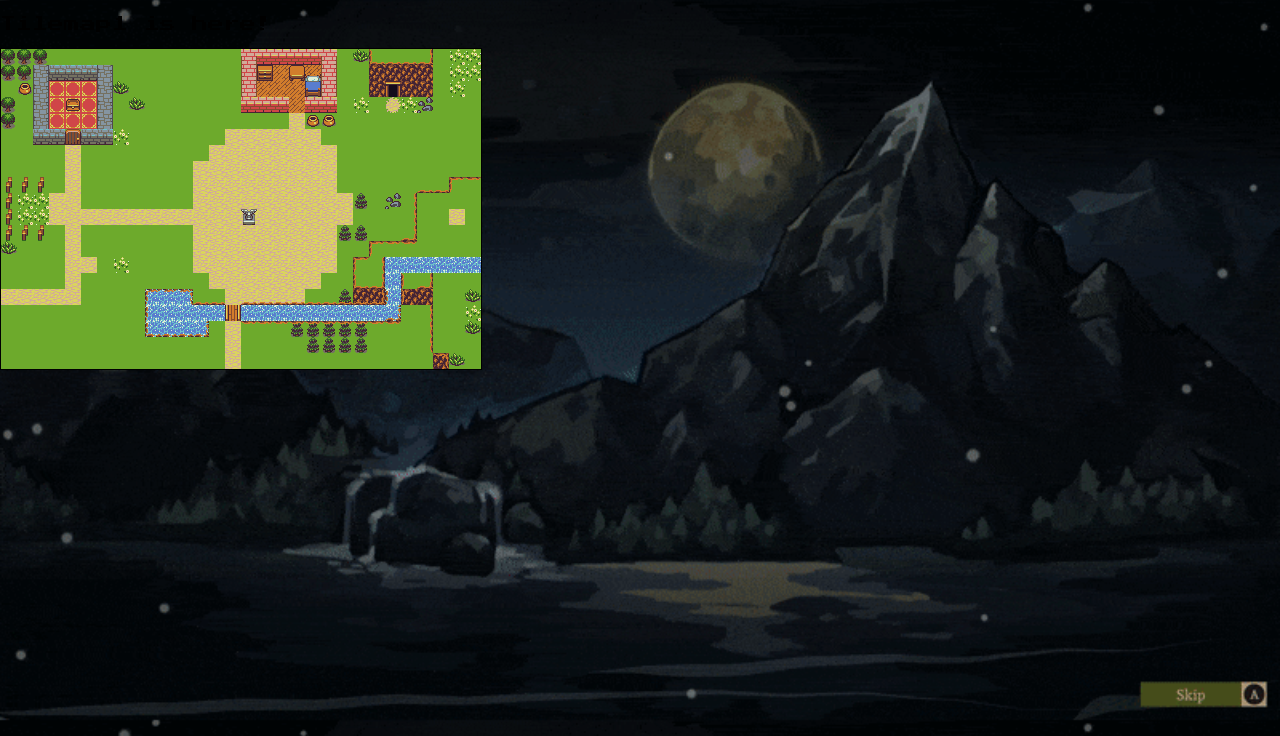
Repository: Arifindepayjr1/RPG_GAMES
Page: / (app in pixel2d_game/), after clicking the first element matching `button`
An editor plug-in stored every save of this project. The page is shown before and after the next save, followed by the edit.
The browser window is 1280 px wide. The pictures show the whole page.
Backgrounds fixed to the window are drawn as part of the page. The project was rebuilt for these pictures with package versions that can differ from the ones it lists, and the page was loaded fresh each time. Also part of the build but not shown: pixel2d_game/vite.config.js, pixel2d_game/src/App.css.

Above is the page before, as saved 2025-03-18 16:35:32.

### pixel2d_game/src/App.jsx
import React, { useState } from "react";
import Menu from "./component/menu";
import Tilemap1 from "./component/tilemap1";
import "./App.css";

const App = () => {
  const [isGameStarted, setIsGameStarted] = useState(false);

  const handleStartGame = () => {
    console.log("handleStartGame called, setting isGameStarted to true");
    setIsGameStarted(true);
  };

  console.log("App rendering, isGameStarted:", isGameStarted);

  return (
    <div>
      {/* Fallback button to test transition */}
      {!isGameStarted && (
        <button
          onClick={handleStartGame}
          style={{ position: "absolute", top: "10px", left: "10px", zIndex: 1000 }}
        >
          Force Start Game
        </button>
      )}
      {isGameStarted ? <Tilemap1 /> : <Menu onStartGame={handleStartGame} />}
    </div>
  );
};

export default App;

### pixel2d_game/src/component/menu.jsx
import React, { useState } from "react";
import "./menustyle.css";

const Menu = ({ onStartGame }) => {
  const [menu, setMenu] = useState("main");

  console.log("Menu rendered, onStartGame prop:", onStartGame);

  const changeText = (event) => {
    const element = event.target;
    const originalText = element.innerHTML;

    console.log("changeText called with:", originalText);

    switch (originalText) {
      case "New Game":
        element.innerHTML = "Loading New World...";
        break;
      case "Continue":
        element.innerHTML = "Resuming Dark Quest...";
        break;
      case "Exit":
        element.innerHTML = "Escape is Imminent...";
        break;
      case "Play":
        element.innerHTML = "Entering the Abyss...";
        console.log("Play clicked, calling onStartGame");
        onStartGame();
        break;
      case "Options":
        element.innerHTML = "Adjusting Reality...";
        break;
      case "Credits":
        element.innerHTML = "Honoring the Creators...";
        break;
      default:
        element.innerHTML = "Game Over...";
    }

    if (originalText !== "Play") {
      setTimeout(() => {
        element.innerHTML = originalText;
      }, 2000);
    }
  };

  const startNewGame = () => {
    console.log("startNewGame called, switching to newGame");
    setMenu("newGame");
  };

  const exitGame = () => {
    console.log("exitGame called, attempting to close window");
    window.close();
  };

  return (
    <div>
      {menu === "main" ? (
        <div className="main-menu">
          <h1 id="title">TREYVISAI</h1>
          <h2 className="game-menu" onClick={startNewGame}>
            New Game
          </h2>
          <h2 className="game-menu" onClick={changeText}>
            Continue
          </h2>
          <h2 className="game-menu" onClick={changeText}>
            Exit
          </h2>
        </div>
      ) : (
        <div className="main-menu">
          <h1 id="newTitle">TREYVISAI</h1>
          <h2 className="game-menu" onClick={changeText}>
            Play
          </h2>
          <h2 className="game-menu" onClick={changeText}>
            Options
          </h2>
          <h2 className="game-menu" onClick={changeText}>
            Credits
          </h2>
          <h2 className="game-menu" onClick={exitGame}>
            Exit
          </h2>
        </div>
      )}
      <p id="version">V 1.0.0</p>
    </div>
  );
};

export default Menu;

### pixel2d_game/src/component/tilemap1.jsx
import React, { useEffect, useRef } from "react";
import tilemapImage from "./asset/assets/tilemap1asset.png"; // Correct path for tileset

const Tilemap1 = () => {
  const canvasRef = useRef(null);
  const TILE_SIZE = 16;

  useEffect(() => {
    console.log("Tilemap1 mounted, setting up canvas");
    const canvas = canvasRef.current;
    const ctx = canvas.getContext("2d");
    const tileset = new Image();
    tileset.src = tilemapImage;

    const rawMap = [
      [77, 77, 77, 12, 12, 12, 12, 12, 12, 12, 12, 12, 12, 12, 12, 8, 5, 5, 5, 5, 8, 12, 21, '12/*itemID41*/', '12/*itemID42*/', '12/*itemID42*/', '12/*itemID43*/', 12, 13, 13],
      [77, 77, 2, 1, 1, 1, 2, 12, 12, 12, 12, 12, 12, 12, 12, 6, '0/*itemID57*/', 0, '0/*itemID56*/', '0/*itemID45*/', 6, 12, 12, 16, 16, 16, 16, 12, 13, 13],
      [12, 28, 2, 18, 18, 18, 2, 21, 12, 12, 12, 12, 12, 12, 12, 6, 0, 0, 0, '0/*itemID54*/', 6, 12, 12, 16, 51, 16, 16, 12, 13, 12],
      [77, 12, 2, 18, '18/*itemID36*/', 18, 2, 12, 21, 12, 12, 12, 12, 12, 12, 5, 5, 5, 0, 5, 5, 12, 13, 12, 19, 13, 59, 12, 12, 12],
      [77, 12, 2, 18, 18, 18, 2, 12, 12, 12, 12, 12, 12, 12, 12, 12, 12, 12, 11, 28, 28, 12, 12, 12, 12, 12, 12, 12, 12, 12],
      [12, 12, 1, 1, 49, 1, 1, 13, 12, 12, 12, 12, 12, 12, 11, 11, 11, 11, 11, 11, 12, 12, 12, 12, 12, 12, 12, 12, 12, 12],
      [12, 12, 12, 12, 11, 12, 12, 12, 12, 12, 12, 12, 12, 11, 11, 11, 11, 11, 11, 11, 11, 12, 12, 12, 12, 12, 12, 12, 12, 12],
      [12, 12, 12, 12, 11, 12, 12, 12, 12, 12, 12, 12, 11, 11, 11, 11, 11, 11, 11, 11, 11, 12, 12, 12, 12, 12, 12, 12, 12, 12],
      [60, 60, 60, 12, 11, 12, 12, 12, 12, 12, 12, 12, 11, 11, 11, 11, 11, 11, 11, 11, 11, 12, 12, 12, 12, 12, '12/*itemID42*/', '12/*itemID42*/', '12/*itemID25*/', '12/*itemID26*/'],
      [60, 13, 13, 11, 11, 12, 12, 12, 39, 12, 12, 12, 11, 11, 11, 11, 11, 11, 11, 11, 11, 11, 31, 12, 59, '12/*itemID35*/', 12, 12, 12, 12],
      [60, 13, 13, 11, 11, 11, 11, 11, 11, 11, 11, 11, 11, 11, 11, '11/*itemID48*/', 11, 11, 11, 11, 11, 11, 12, 12, 12, '12/*itemID35*/', 12, 12, 11, 12],
      [60, 60, 60, 12, 11, 12, 12, 12, 12, 12, 12, 12, 11, 11, 11, 11, 11, 11, 11, 11, 11, 31, 31, 12, 12, '12/*itemID43*/', 12, 12, 12, 12],
      [21, 12, 12, 12, 11, 12, 12, 12, 12, 12, 12, 12, 11, 11, 11, 11, 11, 11, 11, 11, 11, 12, 12, '12/*itemID25*/', '12/*itemID26*/', '12/*itemID26*/', 12, 12, 12, 12],
      [12, 12, 12, 12, 11, 11, 12, 13, 12, 12, 12, 12, 11, 11, 11, 11, 11, 11, 11, 11, 11, 12, '12/*itemID25*/', '12/*itemID35*/', 22, 22, 22, 22, 22, 22],
      [12, 12, 12, 12, 11, 12, 12, 12, 12, 12, 12, 12, 12, 11, 11, 11, 11, 11, 11, 11, 12, 12, '12/*itemID41*/', '12/*itemID43*/', 22, '12/*itemID33*/', '12/*itemID43*/', 12, 12, 12],
      [11, 11, 11, 11, 11, 12, 12, 12, 12, '22/*itemID25*/', '22/*itemID26*/', '22/*itemID27*/', '12/*itemID42*/', '12/*itemID42*/', 11, '11/*itemID42*/', '11/*itemID42*/', '11/*itemID42*/', '11/*itemID42*/', '12/*itemID42*/', '12/*itemID42*/', '31/*itemID42*/', '16/*itemID42*/', '16/*itemID43*/', '22/*itemID33*/', '16/*itemID33*/', 16, 12, 12, 21],
      [12, 12, 12, 12, 12, 12, 12, 12, 12, '22/*itemID33*/', 22, 22, 22, 22, 89, 22, 22, 22, 22, 22, 22, 22, 22, 22, '22/*itemID43*/', 12, '12/*itemID35*/', 12, 12, 13],
      [12, 12, 12, 12, 12, 12, 12, 12, 12, '22/*itemID41*/', '22/*itemID42*/', '22/*itemID42*/', '22/*itemID43*/', 12, 11, '12/*itemID26*/', '12/*itemID26*/', '12/*itemID26*/', '31/*itemID26*/', '31/*itemID26*/', '31/*itemID26*/', '31/*itemID26*/', '31/*itemID26*/', '12/*itemID26*/', '12/*itemID26*/', 12, '12/*itemID35*/', 12, 12, 21],
      [12, 12, 12, 12, 12, 12, 12, 12, 12, 12, 12, 12, 12, 12, 11, 12, 12, 12, 12, 31, 31, 31, 31, 12, 12, 12, '12/*itemID35*/', 12, 12, 12],
      [12, 12, 12, 12, 12, 12, 12, 12, 12, 12, 12, 12, 12, 12, 11, 12, 12, 12, 12, 12, 12, 12, 12, 12, 12, 12, 12, '16/*itemID27*/', 21, 12]
    ];

    const tilePositions = {
      12: { x: 48, y: 16 }, 11: { x: 32, y: 16 }, 18: { x: 16, y: 32 }, 22: { x: 80, y: 32 },
      0: { x: 0, y: 16 }, 5: { x: 64, y: 0 }, 8: { x: 112, y: 0 }, 6: { x: 80, y: 0 },
      1: { x: 0, y: 0 }, 2: { x: 16, y: 0 }, 89: { x: 0, y: 176 }, 13: { x: 64, y: 16 },
      77: { x: 64, y: 144 }, 31: { x: 96, y: 48 }, 59: { x: 32, y: 112 }, 60: { x: 48, y: 112 },
      21: { x: 64, y: 32 }, 28: { x: 48, y: 48 }, 57: { x: 112, y: 96 }, 56: { x: 96, y: 96 },
      45: { x: 80, y: 80 }, 54: { x: 80, y: 96 }, 48: { x: 112, y: 80 }, 38: { x: 80, y: 64 },
      36: { x: 64, y: 64 }, 16: { x: 112, y: 16 }, 51: { x: 32, y: 96 }, 19: { x: 32, y: 32 },
      49: { x: 0, y: 96 }, 41: { x: 0, y: 80 }, 42: { x: 16, y: 80 }, 43: { x: 32, y: 80 },
      33: { x: 0, y: 64 }, 25: { x: 0, y: 48 }, 26: { x: 16, y: 48 }, 27: { x: 32, y: 48 },
      35: { x: 32, y: 64 }
    };

    const map = Array(20).fill().map(() => Array(30));
    const overlayLayer = Array(20).fill().map(() => Array(30).fill(null));
    const secondOverlayLayer = Array(20).fill().map(() => Array(30).fill(null));
    const commentRegex = /(\d+)\/\*itemID(\d+)\*/i;

    for (let row = 0; row < rawMap.length; row++) {
      for (let col = 0; col < rawMap[row].length; col++) {
        const tile = rawMap[row][col];
        if (typeof tile === "string" && commentRegex.test(tile)) {
          const [, baseId, itemId] = tile.match(commentRegex);
          map[row][col] = parseInt(baseId);
          overlayLayer[row][col] = parseInt(itemId);
        } else {
          map[row][col] = tile;
        }
        if (map[row][col] === 22) {
          secondOverlayLayer[row][col] = 38;
        }
      }
    }

    const drawMap = () => {
      if (!tileset.complete || tileset.naturalWidth === 0) {
        console.log("Tileset not loaded, retrying...");
        setTimeout(drawMap, 100);
        return;
      }
      console.log("Drawing tilemap");
      const grassPos = tilePositions[12];
      for (let row = 0; row < 20; row++) {
        for (let col = 0; col < 30; col++) {
          ctx.drawImage(tileset, grassPos.x, grassPos.y, TILE_SIZE, TILE_SIZE, col * TILE_SIZE, row * TILE_SIZE, TILE_SIZE, TILE_SIZE);
        }
      }

      for (let row = 0; row < map.length; row++) {
        for (let col = 0; col < map[row].length; col++) {
          const tileId = map[row][col];
          const tilePos = tilePositions[tileId];
          if (tilePos && tileId !== 12) {
            ctx.drawImage(tileset, tilePos.x, tilePos.y, TILE_SIZE, TILE_SIZE, col * TILE_SIZE, row * TILE_SIZE, TILE_SIZE, TILE_SIZE);
          }
        }
      }

      for (let row = 0; row < overlayLayer.length; row++) {
        for (let col = 0; col < overlayLayer[row].length; col++) {
          const tileId = overlayLayer[row][col];
          const tilePos = tilePositions[tileId];
          if (tilePos) {
            ctx.drawImage(tileset, tilePos.x, tilePos.y, TILE_SIZE, TILE_SIZE, col * TILE_SIZE, row * TILE_SIZE, TILE_SIZE, TILE_SIZE);
          }
        }
      }

      for (let row = 0; row < secondOverlayLayer.length; row++) {
        for (let col = 0; col < secondOverlayLayer[row].length; col++) {
          const tileId = secondOverlayLayer[row][col];
          const tilePos = tilePositions[tileId];
          if (tilePos) {
            ctx.drawImage(tileset, tilePos.x, tilePos.y, TILE_SIZE, TILE_SIZE, col * TILE_SIZE, row * TILE_SIZE, TILE_SIZE, TILE_SIZE);
          }
        }
      }
    };

    tileset.onload = drawMap;
    tileset.onerror = () => console.error("Failed to load tileset image");
  }, []);

  return (
    <div>
      <p>Tilemap1 is here!</p> {/* Test to confirm rendering */}
      <canvas
        ref={canvasRef}
        width={480}
        height={320}
        style={{ border: "1px solid black" }}
      />
    </div>
  );
};

export default Tilemap1;

### pixel2d_game/src/component/menustyle.css
@import url('https://fonts.googleapis.com/css2?family=Press+Start+2P&display=swap');

body {
    margin: 0px;
    padding: 0px;
    box-sizing: border-box;
    overflow: hidden;
    height: 100vh;
    background-image: url("../../src/component/asset/assets/Art.gif");
    background-repeat: no-repeat;
    background-position: center center;
    background-attachment: fixed;
    background-size: cover;
    font-family: "Press Start 2P";
}

/* Title with intense red glowing shadow effect */
#title , #newTitle{
    color: white;
    font-size: 350%;
    letter-spacing: 0.2em;
    font-weight: bold;
    padding: 20px;
    position: relative;
    text-align: left;
    right: 15px;
    width: 600px;
    margin: 50px;
    text-shadow:
        0 0 10px rgba(255, 0, 0, 0.8),
        0 0 30px rgba(255, 0, 0, 0.8),
        0 0 50px rgba(255, 0, 0, 0.8),
        0 0 70px rgba(255, 0, 0, 1),
        0 0 100px rgba(255, 0, 0, 1);
    animation: flicker 3s infinite alternate, pulse 1.5s infinite ease-in-out;
}

/* Flickering effect */
@keyframes flicker {
    0% {
        text-shadow:
            0 0 10px rgba(255, 0, 0, 0.8),
            0 0 30px rgba(255, 0, 0, 0.8),
            0 0 50px rgba(255, 0, 0, 0.8),
            0 0 70px rgba(255, 0, 0, 1),
            0 0 100px rgba(255, 0, 0, 1);
    }
    50% {
        text-shadow:
            0 0 5px rgba(255, 0, 0, 0.8),
            0 0 15px rgba(255, 0, 0, 0.8),
            0 0 25px rgba(255, 0, 0, 0.8);
    }
    100% {
        text-shadow:
            0 0 20px rgba(255, 0, 0, 0.8),
            0 0 40px rgba(255, 0, 0, 0.8),
            0 0 60px rgba(255, 0, 0, 0.8);
    }
}

/* Pulsing effect */
@keyframes pulse {
    0% {
        transform: scale(1);
    }
    50% {
        transform: scale(1.1);
    }
    100% {
        transform: scale(1);
    }
}

/* Game menu items with shadow effect */
.game-menu {
    text-align: left;
    color: white;
    width: 600px;
    padding: 20px;
    margin-left: 50px;
    -moz-user-select: none;
    -webkit-user-select: none;
    user-select: none;
    font-size: 24px;
    text-shadow:
        0 0 5px rgba(255, 0, 0, 0.8),
        0 0 15px rgba(255, 0, 0, 0.8);
    transition: all 0.3s ease;
}

/* Hover effect for menu items */
.game-menu:hover {
    color: red;
    text-shadow:
        0 0 10px rgba(255, 0, 0, 1),
        0 0 30px rgba(255, 0, 0, 1),
        0 0 50px rgba(255, 0, 0, 1);
    cursor: pointer;
}

/* Version text */
#version {
    color: white;
    position: fixed;
    padding: 20px;
    margin: 20px;
    width: 140px;
    font-size: 18px;
    left: 1330px;
    bottom: -20px;
}

Loaded but not shown: pixel2d_game/index.html (common file); pixel2d_game/src/main.jsx (common file); pixel2d_game/src/index.css (no stored copy; drawn as an empty file)

After the next save:
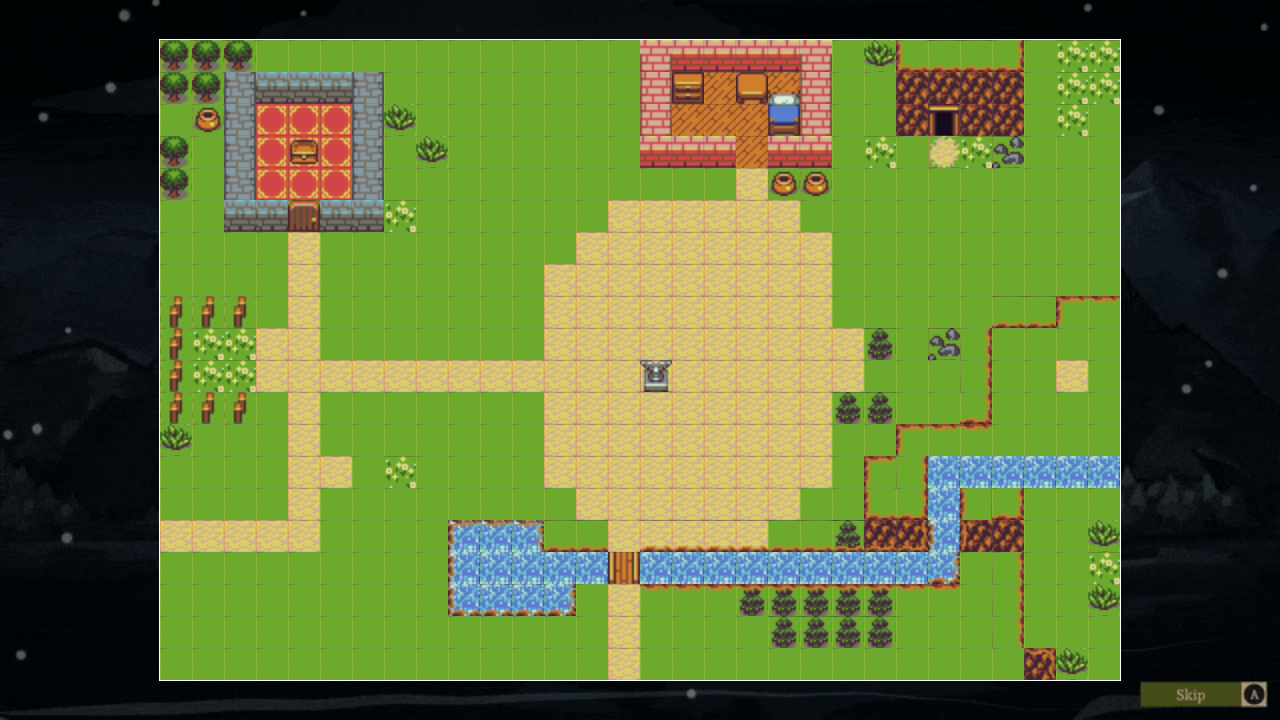
Saved 36 s later.
--- a/pixel2d_game/src/component/tilemap1.jsx
+++ b/pixel2d_game/src/component/tilemap1.jsx
@@ -1,9 +1,9 @@
 import React, { useEffect, useRef } from "react";
-import tilemapImage from "./asset/assets/tilemap1asset.png"; // Correct path for tileset
+import tilemapImage from "./asset/assets/tilemap1asset.png";
 
 const Tilemap1 = () => {
   const canvasRef = useRef(null);
-  const TILE_SIZE = 16;
+  const TILE_SIZE = 32; // Output size on canvas (scaled up from 16x16 tiles)
 
   useEffect(() => {
     console.log("Tilemap1 mounted, setting up canvas");
@@ -11,6 +11,8 @@ const Tilemap1 = () => {
     const ctx = canvas.getContext("2d");
     const tileset = new Image();
     tileset.src = tilemapImage;
+
+    console.log("Tileset src set to:", tileset.src);
 
     const rawMap = [
       [77, 77, 77, 12, 12, 12, 12, 12, 12, 12, 12, 12, 12, 12, 12, 8, 5, 5, 5, 5, 8, 12, 21, '12/*itemID41*/', '12/*itemID42*/', '12/*itemID42*/', '12/*itemID43*/', 12, 13, 13],
@@ -75,11 +77,13 @@ const Tilemap1 = () => {
         setTimeout(drawMap, 100);
         return;
       }
-      console.log("Drawing tilemap");
+      console.log("Tileset loaded, drawing tilemap");
+      console.log("Tileset dimensions:", tileset.naturalWidth, tileset.naturalHeight);
+
       const grassPos = tilePositions[12];
       for (let row = 0; row < 20; row++) {
         for (let col = 0; col < 30; col++) {
-          ctx.drawImage(tileset, grassPos.x, grassPos.y, TILE_SIZE, TILE_SIZE, col * TILE_SIZE, row * TILE_SIZE, TILE_SIZE, TILE_SIZE);
+          ctx.drawImage(tileset, grassPos.x, grassPos.y, 16, 16, col * TILE_SIZE, row * TILE_SIZE, TILE_SIZE, TILE_SIZE);
         }
       }
 
@@ -88,7 +92,7 @@ const Tilemap1 = () => {
           const tileId = map[row][col];
           const tilePos = tilePositions[tileId];
           if (tilePos && tileId !== 12) {
-            ctx.drawImage(tileset, tilePos.x, tilePos.y, TILE_SIZE, TILE_SIZE, col * TILE_SIZE, row * TILE_SIZE, TILE_SIZE, TILE_SIZE);
+            ctx.drawImage(tileset, tilePos.x, tilePos.y, 16, 16, col * TILE_SIZE, row * TILE_SIZE, TILE_SIZE, TILE_SIZE);
           }
         }
       }
@@ -98,7 +102,7 @@ const Tilemap1 = () => {
           const tileId = overlayLayer[row][col];
           const tilePos = tilePositions[tileId];
           if (tilePos) {
-            ctx.drawImage(tileset, tilePos.x, tilePos.y, TILE_SIZE, TILE_SIZE, col * TILE_SIZE, row * TILE_SIZE, TILE_SIZE, TILE_SIZE);
+            ctx.drawImage(tileset, tilePos.x, tilePos.y, 16, 16, col * TILE_SIZE, row * TILE_SIZE, TILE_SIZE, TILE_SIZE);
           }
         }
       }
@@ -108,26 +112,33 @@ const Tilemap1 = () => {
           const tileId = secondOverlayLayer[row][col];
           const tilePos = tilePositions[tileId];
           if (tilePos) {
-            ctx.drawImage(tileset, tilePos.x, tilePos.y, TILE_SIZE, TILE_SIZE, col * TILE_SIZE, row * TILE_SIZE, TILE_SIZE, TILE_SIZE);
+            ctx.drawImage(tileset, tilePos.x, tilePos.y, 16, 16, col * TILE_SIZE, row * TILE_SIZE, TILE_SIZE, TILE_SIZE);
           }
         }
       }
     };
 
-    tileset.onload = drawMap;
+    tileset.onload = () => {
+      console.log("Tileset onload triggered");
+      drawMap();
+    };
     tileset.onerror = () => console.error("Failed to load tileset image");
   }, []);
 
   return (
-    <div>
-      <p>Tilemap1 is here!</p> {/* Test to confirm rendering */}
-      <canvas
-        ref={canvasRef}
-        width={480}
-        height={320}
-        style={{ border: "1px solid black" }}
-      />
-    </div>
+    <canvas
+      ref={canvasRef}
+      width={960} // 30 tiles * 32px
+      height={640} // 20 tiles * 32px
+      style={{
+        position: "absolute",
+        top: "50%",
+        left: "50%",
+        transform: "translate(-50%, -50%)",
+        border: "1px solid white", // White border to see the canvas on black background
+        background: "gray", // Fallback to see if canvas renders
+      }}
+    />
   );
 };
 
